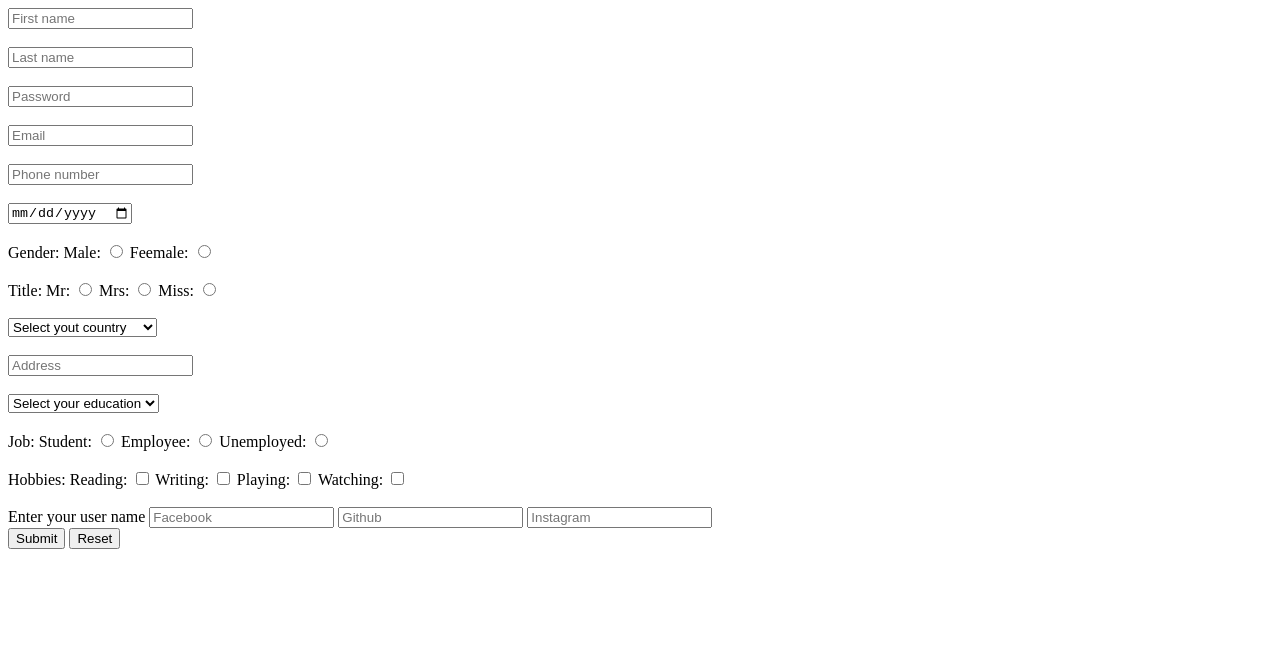
Repository: Haakim19/web-dev
Page: http://localhost/form2/index.php
The author's editor kept a copy of each file at every save. The page is drawn from the files as they stood at one save, then again after the next save.
The browser window is 1280 px wide. The pictures show the whole page.
The page is run by PHP 8.4 with error messages shown; the project is at /var/www/html/.

Above is the page before, as saved 2024-06-06 18:42:21.

### form2/index.php
<!DOCTYPE html>
<html lang="en">

<head>
    <meta charset="UTF-8">
    <meta name="viewport" content="width=device-width, initial-scale=1.0">
    <title>User detail servay form</title>
</head>

<body>
    <form action="" method="POST">
        <div class="centerd_element">
            <div>
                <input type="text" id="fname" placeholder="First name">
            </div>
            <br>
            <div>
                <input type="text" id="lname" placeholder="Last name">
            </div>
            <br>
            <div>
                <input type="password" id="pwd" placeholder="Password">
            </div>
            <br>
            <div>
                <input type="email" id="email" placeholder="Email">
            </div>
            <br>
            <div>
                <input type="tel" id="pNum" placeholder="Phone number">
            </div>
            <br>
            <div>
                <input type="date" id="bDay" placeholder="Birthday">
            </div>
            <br>
            <div>
                <label for="gender">Gender:</label>
                <label> Male:</label>
                <input type="radio" id="male" name="gender" value="male">
                <label> Feemale:</label>
                <input type="radio" id="female" name="gender" value="male">
            </div>
            <br>
            <div>
                <label for="title">Title:</label>
                <label> Mr:</label>
                <input type="radio" id="Mr" name="title" value="Mr">
                <label> Mrs:</label>
                <input type="radio" id="Mrs" name="title" value="Mrs">
                <label> Miss:</label>
                <input type="radio" id="Miss" name="title" value="Miss">
            </div>
            <br>
            <div>
                <select name="country" id="dropdown" class="countrySelection">
                    <option value disabled selected>Select yout country</option>
                    <option value="sri lanka">Sri lanka</option>
                    <option value="india">India</option>
                    <option value="pakistan">Pakistan</option>
                    <option value="bangladesh">Bangladesh</option>
                    <option value="nepal">Nepal</option>
                    <option value="maldives">Maldives</option>
                    <option value="bhutan">Bhutan</option>
                    <option value="afghanistan">Afghanistan</option>
                    <option value="iran">Iran</option>
                    <option value="iraq">Iraq</option>
                    <option value="kuwait">Kuwait</option>
                    <option value="oman">Oman</option>
                    <option value="qatar">Qatar</option>
                    <option value="saudi arabia">Saudi Arabia</option>
                    <option value="syria">Syria</option>
                    <option value="turkey">Turkey</option>
                    <option value="united arab emirates">United Arab Emirates</option>
                    <option value="egipt">Egipt</option>
                    <option value="australiya">Australiya</option>
                    <option value="armenia">Armenia</option>
                    <option value="georgia">Georgia</option>
                    <option value="uk">Unaited kingdom</option>
                    <option value="usa">USA</option>
                </select>
            </div>
            <br>
            <div>
                <input type="text" id="address" placeholder="Address">
            </div>
            <br>
            <div>
                <select name="education" id="education" class="eduSelection">
                    <option value disabled selected>Select your education</option>
                    <option value="primary">Primary</option>
                    <option value="secondary">Secondary</option>
                    <option value="high school">High school</option>
                    <option value="diploma">Diploma</option>
                    <option value="degree">Degree</option>
                    <option value="master">Master</option>
                    <option value="phd">PhD</option>
                </select>
            </div>
            <br>
            <div>
                <label for="job">Job:</label>
                <label> Student:</label>
                <input type="radio" id="student" name="job" value="student">
                <label> Employee:</label>
                <input type="radio" id="employee" name="job" value="employee">
                <label> Unemployed:</label>
                <input type="radio" id="unemployed" name="job" value="unemployed">
            </div>
            <br>
            <div>
                <label for="hobbies">Hobbies:</label>
                <label> Reading:</label>
                <input type="checkbox" id="reading" name="hobbies" value="reading">
                <label> Writing:</label>
                <input type="checkbox" id="writing" name="hobbies" value="writing">
                <label> Playing:</label>
                <input type="checkbox" id="playing" name="hobbies" value="playing">
                <label> Watching:</label>
                <input type="checkbox" id="watching" name="hobbies" value="watching">
            </div>
            <br>
            <div class="username">
                <label for="username">Enter your user name</label>
                <input type="text" id="facebook" placeholder="Facebook">
                <input type="text" id="github" placeholder="Github">
                <input type="text" id="instagram" placeholder="Instagram">
            </div>
        </div>
    </form>
    <button type="submit">Submit</button>
    <button type="reset">Reset</button>
</body>

</html>

After the next save:
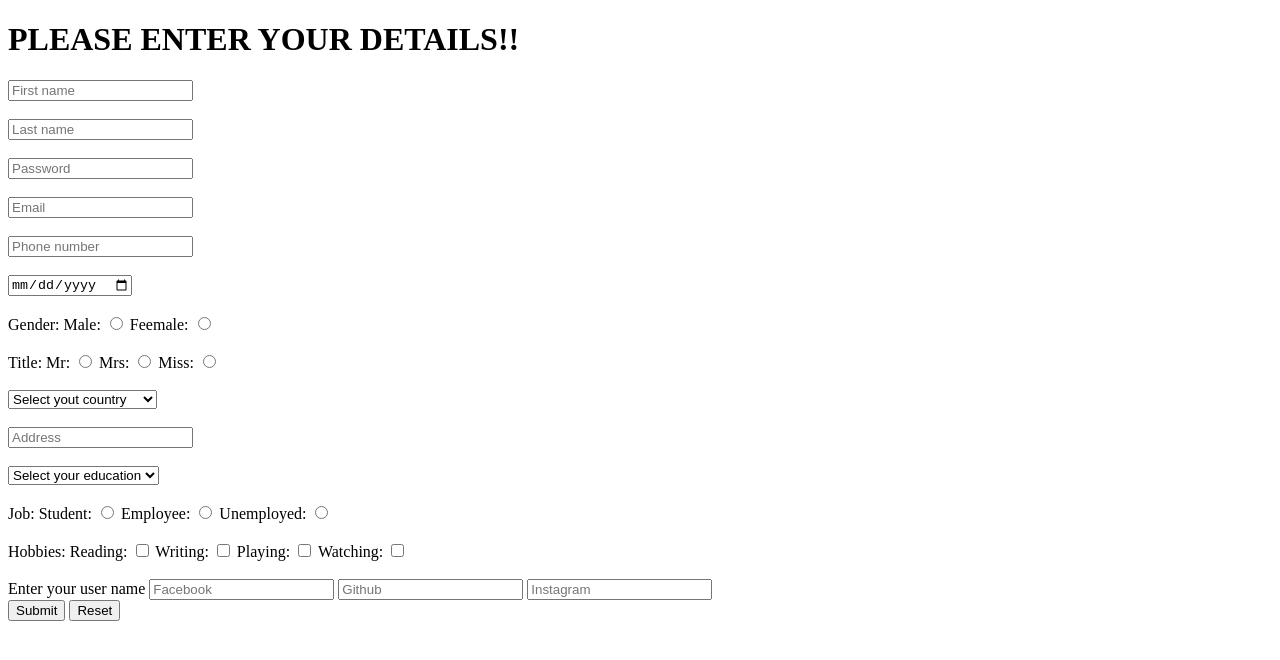
Saved 104 s later.
--- a/form2/index.php
+++ b/form2/index.php
@@ -8,6 +8,7 @@
 </head>
 
 <body>
+    <h1>PLEASE ENTER YOUR DETAILS!!</h1>
     <form action="" method="POST">
         <div class="centerd_element">
             <div>
